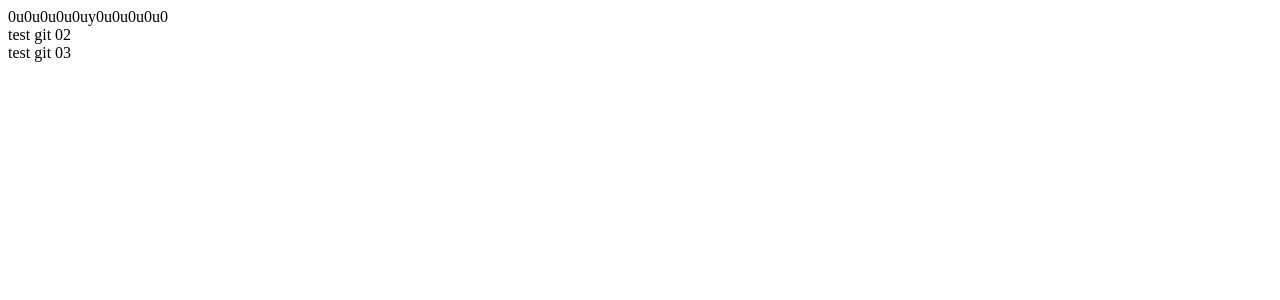
Repository: zang99/testgit
Page: gittest/WebContent/NewgitFile.html
The author's editor kept a copy of each file at every save. The page is drawn from the files as they stood at one save, then again after the next save.
The browser window is 1280 px wide. The pictures show the whole page.

Above is the page before, as saved 2016-02-01 03:30:05.

### gittest/WebContent/NewgitFile.html
<!DOCTYPE html>
<html>
<head>
<meta charset="EUC-KR">
<title>Insert title here</title>
</head>
<body>
0u0u0u0u0uy0u0u0u0u0<br>
test git 02 <br>
test git 03
</body>
</html>

After the next save:
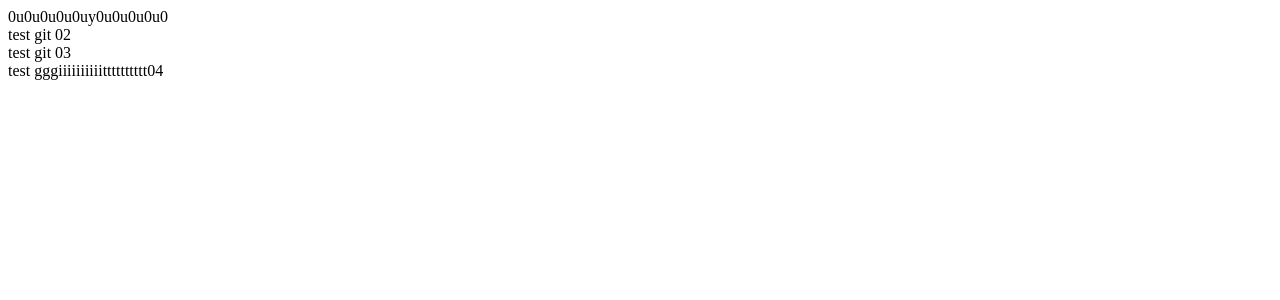
Saved 9 min 35 s later.
--- a/gittest/WebContent/NewgitFile.html
+++ b/gittest/WebContent/NewgitFile.html
@@ -7,6 +7,8 @@
 <body>
 0u0u0u0u0uy0u0u0u0u0<br>
 test git 02 <br>
-test git 03
+test git 03 <br>
+test gggiiiiiiiiiitttttttttt04
+
 </body>
 </html>
